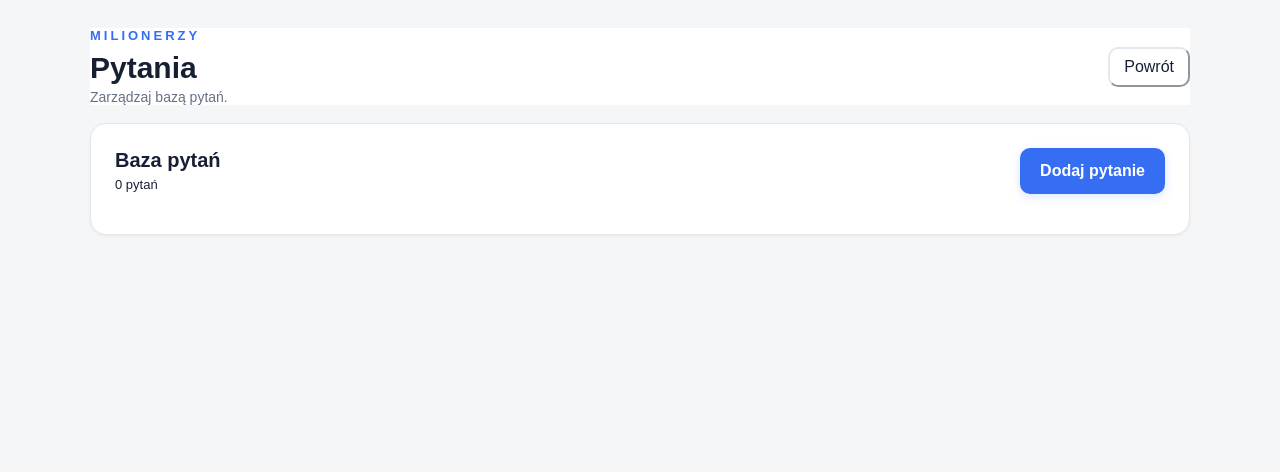
Repository: WaleonGames/HTGMilionerzy
Page: views/questions.html
These files come from the project's save history. The page is drawn as it stood at one moment and after the next save; the edit follows.
The browser window is 1280 px wide. The pictures show the whole page.

Above is the page before, as saved 2026-09-05 15:38:17.
Console error: TypeError: Cannot read properties of undefined (reading 'questions')

### views/questions.html
<!doctype html>
<html lang="pl">
<head>
  <meta charset="UTF-8">
  <meta name="viewport" content="width=device-width,initial-scale=1.0">

  <title>Milionerzy - Pytania</title>

  <link rel="stylesheet" href="../public/css/style.css">
  <link rel="stylesheet" href="../public/css/questions.css">
  <link rel="stylesheet" href="../public/css/design.css">
</head>
<body>
  <main class="questions-page">
    <header class="questions-header">
      <div>
        <span class="eyebrow">
          MILIONERZY
        </span>

        <h1>Pytania</h1>

        <p>
          Zarządzaj bazą pytań.
        </p>
      </div>

      <button
        id="backButton"
        class="back-button"
        type="button"
      >
        Powrót
      </button>
    </header>

    <section class="panel">
      <div class="list-header">
        <div>
          <h2>Baza pytań</h2>

          <span id="questionsCount">
            0 pytań
          </span>
        </div>

        <button
          id="addQuestionButton"
          class="primary-button"
          type="button"
        >
          Dodaj pytanie
        </button>
      </div>

      <div
        id="questionsList"
        class="questions-list"
      ></div>
    </section>
  </main>

  <div
    id="questionModal"
    class="modal-backdrop"
    hidden
  >
    <div
      class="modal"
      role="dialog"
      aria-modal="true"
      aria-labelledby="modalTitle"
    >
      <div class="modal-header">
        <div>
          <span class="eyebrow">
            PYTANIA
          </span>

          <h2 id="modalTitle">
            Dodaj pytanie
          </h2>
        </div>

        <button
          id="closeModalButton"
          class="modal-close"
          type="button"
          aria-label="Zamknij"
        >
          ×
        </button>
      </div>

      <form id="questionForm">
        <div class="field">
          <label for="questionInput">
            Treść pytania
          </label>

          <textarea
            id="questionInput"
            rows="4"
            placeholder="Wpisz treść pytania..."
            required
          ></textarea>
        </div>

        <div class="answers-grid">
          <label class="answer-field">
            <span>A</span>

            <input
              id="answerA"
              type="text"
              placeholder="Odpowiedź A"
              required
            >
          </label>

          <label class="answer-field">
            <span>B</span>

            <input
              id="answerB"
              type="text"
              placeholder="Odpowiedź B"
              required
            >
          </label>

          <label class="answer-field">
            <span>C</span>

            <input
              id="answerC"
              type="text"
              placeholder="Odpowiedź C"
              required
            >
          </label>

          <label class="answer-field">
            <span>D</span>

            <input
              id="answerD"
              type="text"
              placeholder="Odpowiedź D"
              required
            >
          </label>
        </div>

        <div class="field">
          <label for="correctAnswer">
            Poprawna odpowiedź
          </label>

          <select
            id="correctAnswer"
            required
          >
            <option value="">
              Wybierz...
            </option>

            <option value="A">
              A
            </option>

            <option value="B">
              B
            </option>

            <option value="C">
              C
            </option>

            <option value="D">
              D
            </option>
          </select>
        </div>

        <div class="modal-actions">
          <button
            id="cancelModalButton"
            class="secondary-button"
            type="button"
          >
            Anuluj
          </button>

          <button
            class="primary-button"
            type="submit"
          >
            Dodaj pytanie
          </button>
        </div>
      </form>
    </div>
  </div>

  <script src="../public/js/design.js"></script>
  <script src="../public/js/questions.js"></script>
</body>
</html>

### public/css/style.css
*{
  box-sizing:border-box;
  margin:0;
  padding:0;
}

html,
body{
  min-height:100%;
}

body{
  min-height:100vh;
  font-family:Arial,sans-serif;
  background:
    radial-gradient(circle at top,#171041 0,#090719 45%,#05040d 100%);
  color:#fff;
}

button,
input,
textarea,
select{
  font:inherit;
}

button{
  cursor:pointer;
}

.eyebrow{
  display:block;
  margin-bottom:8px;
  color:#9c8cff;
  font-size:13px;
  font-weight:700;
  letter-spacing:3px;
}

.main-menu{
  display:flex;
  flex-direction:column;
  justify-content:center;
  width:min(1000px,calc(100% - 40px));
  min-height:100vh;
  margin:0 auto;
  padding:40px 0;
}

.menu-header{
  margin-bottom:32px;
}

.menu-header h1{
  margin-bottom:8px;
  font-size:42px;
}

.menu-header p{
  color:#aaa4c5;
  font-size:17px;
}

.menu-grid{
  display:grid;
  grid-template-columns:1fr 1fr;
  gap:16px;
}

.menu-card{
  display:flex;
  flex-direction:column;
  align-items:flex-start;
  min-height:150px;
  padding:24px;
  border:1px solid #2c2751;
  border-radius:16px;
  background:#100d25;
  color:#fff;
  text-align:left;
  transition:
    transform .2s ease,
    border-color .2s ease,
    background .2s ease;
}

.menu-card:hover{
  transform:translateY(-2px);
  border-color:#6558a8;
  background:#171331;
}

.menu-card-primary{
  border-color:#5d4fd1;
  background:#251b65;
}

.menu-card-primary:hover{
  background:#30247c;
}

.menu-card-danger{
  border-color:#5a2730;
}

.menu-card-danger:hover{
  border-color:#a34050;
  background:#35151d;
}

.menu-card-title{
  margin-bottom:10px;
  font-size:22px;
  font-weight:700;
}

.menu-card-description{
  color:#aaa4c5;
  line-height:1.5;
}

.menu-card-primary .menu-card-description{
  color:#cbc5ff;
}

.panel{
  padding:24px;
  border:1px solid #29244d;
  border-radius:16px;
  background:#100d25;
}

.panel h2{
  margin-bottom:20px;
}

.field{
  display:flex;
  flex-direction:column;
  gap:8px;
  margin-bottom:18px;
}

.field label{
  color:#cbc7e5;
  font-size:14px;
  font-weight:700;
}

input,
textarea,
select{
  width:100%;
  padding:13px 14px;
  border:1px solid #37305f;
  border-radius:9px;
  outline:none;
  background:#0a081a;
  color:#fff;
}

input:focus,
textarea:focus,
select:focus{
  border-color:#705cff;
}

textarea{
  resize:vertical;
}

.primary-button{
  min-height:46px;
  padding:0 20px;
  border:0;
  border-radius:9px;
  background:#5b45e0;
  color:#fff;
  font-weight:700;
}

.primary-button:hover{
  background:#6c55ef;
}

@media(max-width:700px){
  .main-menu{
    width:calc(100% - 24px);
    padding:24px 0;
  }

  .menu-header h1{
    font-size:34px;
  }

  .menu-grid{
    grid-template-columns:1fr;
  }
}

### public/css/questions.css
.questions-page{
  width:min(1100px,calc(100% - 32px));
  margin:0 auto;
  padding:28px 0;
}

.questions-header{
  display:flex;
  align-items:center;
  justify-content:space-between;
  gap:16px;
  margin-bottom:18px;
}

.questions-header h1{
  margin:4px 0;
  font-size:30px;
}

.questions-header p{
  font-size:14px;
}

.back-button,
.secondary-button{
  min-height:40px;
  padding:0 14px;
}

.list-header{
  display:flex;
  align-items:center;
  justify-content:space-between;
  gap:16px;
  margin-bottom:16px;
}

.list-header h2{
  margin-bottom:3px;
  font-size:20px;
}

.list-header span{
  font-size:13px;
}

.questions-list{
  display:flex;
  flex-direction:column;
  gap:9px;
}

.question-card{
  padding:14px;
  border:1px solid;
  border-radius:10px;
}

.question-card-header{
  display:flex;
  align-items:flex-start;
  justify-content:space-between;
  gap:12px;
  margin-bottom:10px;
}

.question-card h3{
  font-size:15px;
  line-height:1.4;
}

.delete-button{
  flex:0 0 auto;
  min-height:32px;
  padding:0 10px;
  font-size:13px;
}

.question-answers{
  display:grid;
  grid-template-columns:1fr 1fr;
  gap:6px;
}

.question-answer{
  padding:8px 10px;
  border-radius:7px;
  font-size:14px;
}

.question-answer strong{
  margin-right:4px;
}

.empty-state{
  padding:28px 16px;
  border:1px dashed;
  border-radius:10px;
  text-align:center;
  font-size:14px;
}

.modal-backdrop{
  position:fixed;
  inset:0;
  z-index:1000;
  display:flex;
  align-items:center;
  justify-content:center;
  padding:16px;
}

.modal-backdrop[hidden]{
  display:none;
}

.modal{
  width:min(580px,100%);
  max-height:calc(100vh - 32px);
  overflow:auto;
  padding:18px;
  border:1px solid;
  border-radius:13px;
}

.modal-header{
  display:flex;
  align-items:flex-start;
  justify-content:space-between;
  gap:16px;
  margin-bottom:18px;
}

.modal-header h2{
  margin-top:3px;
  font-size:22px;
}

.modal-close{
  display:flex;
  align-items:center;
  justify-content:center;
  width:36px;
  height:36px;
  font-size:22px;
}

.answers-grid{
  display:grid;
  grid-template-columns:1fr 1fr;
  gap:9px;
  margin-bottom:14px;
}

.answer-field{
  display:flex;
  align-items:center;
  overflow:hidden;
  min-height:40px;
  border:1px solid;
  border-radius:8px;
}

.answer-field span{
  display:flex;
  align-items:center;
  justify-content:center;
  align-self:stretch;
  width:40px;
  font-size:13px;
  font-weight:700;
}

.answer-field input{
  min-height:40px;
  border:0;
  border-radius:0;
  font-size:14px;
}

.modal-actions{
  display:flex;
  justify-content:flex-end;
  gap:9px;
  margin-top:18px;
}

@media(max-width:700px){
  .questions-page{
    width:calc(100% - 20px);
    padding:18px 0;
  }

  .questions-header,
  .list-header{
    align-items:flex-start;
    flex-direction:column;
  }

  .questions-header h1{
    font-size:26px;
  }

  .answers-grid,
  .question-answers{
    grid-template-columns:1fr;
  }

  .list-header .primary-button{
    width:100%;
  }

  .modal{
    padding:14px;
  }

  .modal-actions{
    flex-direction:column-reverse;
  }

  .modal-actions button{
    width:100%;
  }
}

### public/css/design.css
:root{
  --design-bg:#f5f6f8;

  --design-surface:#ffffff;
  --design-surface-soft:#f8fafc;
  --design-surface-hover:#f3f5f7;
  --design-surface-active:#eef4ff;

  --design-text:#172033;
  --design-text-soft:#344054;
  --design-muted:#667085;
  --design-placeholder:#98a2b3;

  --design-border:#e4e7ec;
  --design-border-strong:#d0d5dd;

  --design-primary:#356df3;
  --design-primary-hover:#285bd4;
  --design-primary-light:#eaf0ff;

  --design-danger:#b42318;
  --design-danger-hover:#912018;
  --design-danger-light:#fef3f2;
  --design-danger-border:#fecdca;

  --design-success:#067647;
  --design-success-light:#ecfdf3;

  --design-warning:#b54708;
  --design-warning-light:#fffaeb;

  --design-radius-sm:8px;
  --design-radius-md:10px;
  --design-radius-lg:14px;
  --design-radius-xl:18px;

  --design-shadow-sm:0 1px 3px rgba(16,24,40,.06);
  --design-shadow-md:0 8px 24px rgba(16,24,40,.08);
  --design-shadow-lg:0 16px 40px rgba(16,24,40,.12);
}

/* =========================
   RESET / GLOBAL
========================= */

html{
  background:var(--design-bg) !important;
}

body{
  background:var(--design-bg) !important;
  color:var(--design-text) !important;
}

body,
button,
input,
select,
textarea{
  font-family:Arial,sans-serif !important;
}

button,
input,
select,
textarea{
  font-size:inherit;
}

button{
  cursor:pointer;
}

a{
  color:inherit;
}

/* =========================
   PAGE BACKGROUNDS
========================= */

.main-menu,
.questions-page,
.settings-layout,
.settings-content{
  background:var(--design-bg) !important;
}

/* =========================
   WHITE SURFACES
========================= */

header,
.header,
.topbar,
.menu-header,
.questions-header,
.sidebar,
.settings-sidebar,
.panel,
.card,
.modal,
.modal-content,
.settings-card,
.question-card{
  background:var(--design-surface) !important;
  color:var(--design-text) !important;
}

/* =========================
   HEADERS
========================= */

.menu-header,
.questions-header,
.topbar{
  border-color:var(--design-border) !important;
}

h1,
h2,
h3,
h4,
h5,
h6{
  color:var(--design-text) !important;
}

p,
.description,
.subtitle,
.muted,
small{
  color:var(--design-muted) !important;
}

.eyebrow{
  color:var(--design-primary) !important;
}

/* =========================
   PANELS / CARDS
========================= */

.panel,
.card,
.settings-card,
.question-card{
  background:#fff !important;
  border-color:var(--design-border) !important;
  box-shadow:var(--design-shadow-sm) !important;
}

.card:hover,
.question-card:hover{
  border-color:var(--design-border-strong) !important;
}

/* =========================
   MAIN MENU CARDS
========================= */

.menu-card{
  background:#fff !important;
  color:var(--design-text) !important;

  border:1px solid var(--design-border) !important;

  border-radius:var(--design-radius-lg) !important;

  box-shadow:var(--design-shadow-sm) !important;
}

.menu-card:hover{
  background:var(--design-surface-hover) !important;
  border-color:var(--design-border-strong) !important;
}

.menu-card-title{
  color:var(--design-text) !important;
}

.menu-card-description{
  color:var(--design-muted) !important;
}

/* =========================
   PRIMARY MENU CARD
========================= */

.menu-card-primary{
  background:var(--design-primary) !important;
  border-color:var(--design-primary) !important;

  color:#fff !important;
}

.menu-card-primary:hover{
  background:var(--design-primary-hover) !important;
  border-color:var(--design-primary-hover) !important;
}

.menu-card-primary .menu-card-title,
.menu-card-primary .menu-card-description{
  color:#fff !important;
}

.menu-card-primary .menu-card-description{
  opacity:.82;
}

/* =========================
   DANGER MENU CARD
========================= */

.menu-card-danger{
  background:#fff !important;

  border-color:var(--design-danger-border) !important;

  color:var(--design-danger) !important;
}

.menu-card-danger:hover{
  background:var(--design-danger-light) !important;
}

.menu-card-danger .menu-card-title{
  color:var(--design-danger) !important;
}

.menu-card-danger .menu-card-description{
  color:#b5473e !important;
}

/* =========================
   INPUTS
========================= */

input,
select,
textarea{
  background:#fff !important;

  color:var(--design-text) !important;

  border:1px solid var(--design-border-strong) !important;

  border-radius:var(--design-radius-md) !important;

  outline:none !important;
}

input::placeholder,
textarea::placeholder{
  color:var(--design-placeholder) !important;
}

input:hover,
select:hover,
textarea:hover{
  border-color:#b8c0cc !important;
}

input:focus,
select:focus,
textarea:focus{
  border-color:var(--design-primary) !important;

  box-shadow:
    0 0 0 3px rgba(53,109,243,.12) !important;

  outline:none !important;
}

select{
  background-color:#fff !important;
}

/* =========================
   TEXTAREA
========================= */

textarea{
  resize:vertical;
}

/* =========================
   NORMAL BUTTON
========================= */

button{
  border-radius:var(--design-radius-md) !important;
}

button:not(
  .button-primary
):not(
  .primary-button
):not(
  .primary
):not(
  .menu-card
):not(
  .danger
):not(
  .delete-button
):not(
  .menu-card-danger
){
  background:#fff !important;

  color:var(--design-text) !important;

  border-color:var(--design-border) !important;
}

button:not(
  .button-primary
):not(
  .primary-button
):not(
  .primary
):not(
  .menu-card
):not(
  .danger
):not(
  .delete-button
):not(
  .menu-card-danger
):hover{
  background:var(--design-surface-hover) !important;

  border-color:var(--design-border-strong) !important;
}

/* =========================
   PRIMARY BUTTONS
========================= */

.button-primary,
.primary-button,
.primary,
[data-primary]{
  background:var(--design-primary) !important;

  color:#fff !important;

  border-color:var(--design-primary) !important;

  box-shadow:
    0 3px 10px rgba(53,109,243,.18) !important;
}

.button-primary:hover,
.primary-button:hover,
.primary:hover,
[data-primary]:hover{
  background:var(--design-primary-hover) !important;

  border-color:var(--design-primary-hover) !important;
}

/* =========================
   SECONDARY BUTTONS
========================= */

.button-secondary,
.secondary-button,
.back-button,
.icon-button,
.modal-close{
  background:#fff !important;

  color:var(--design-text-soft) !important;

  border-color:var(--design-border) !important;
}

.button-secondary:hover,
.secondary-button:hover,
.back-button:hover,
.icon-button:hover,
.modal-close:hover{
  background:var(--design-surface-hover) !important;

  border-color:var(--design-border-strong) !important;
}

/* =========================
   DANGER BUTTONS
========================= */

.delete-button,
.danger{
  background:var(--design-danger-light) !important;

  color:var(--design-danger) !important;

  border-color:var(--design-danger-border) !important;
}

.delete-button:hover,
.danger:hover{
  background:#fee4e2 !important;

  color:var(--design-danger-hover) !important;

  border-color:#fda29b !important;
}

/* =========================
   BUTTON DISABLED
========================= */

button:disabled{
  opacity:.55 !important;
  cursor:not-allowed !important;
}

/* =========================
   SIDEBAR
========================= */

.sidebar,
.settings-sidebar{
  background:#fff !important;

  border-color:var(--design-border) !important;
}

.sidebar a,
.sidebar button,
.settings-tab{
  color:var(--design-text-soft) !important;
}

.sidebar a:hover,
.sidebar button:hover,
.settings-tab:hover{
  background:var(--design-surface-hover) !important;

  color:var(--design-text) !important;
}

.sidebar .active,
.sidebar a.active,
.sidebar button.active,
.settings-tab.active{
  background:var(--design-primary-light) !important;

  color:var(--design-primary) !important;
}

.settings-tab.active::before{
  background:var(--design-primary) !important;
}

/* =========================
   QUESTIONS
========================= */

.questions-list{
  background:transparent !important;
}

.question-card{
  background:#fff !important;

  border:1px solid var(--design-border) !important;

  border-radius:var(--design-radius-lg) !important;
}

.question-card-header{
  border-color:var(--design-border) !important;
}

.question-answer{
  background:var(--design-surface-soft) !important;

  color:var(--design-text-soft) !important;

  border-color:var(--design-border) !important;
}

.question-answer.correct{
  background:var(--design-success-light) !important;

  color:var(--design-success) !important;

  border-color:#abefc6 !important;
}

.empty-state{
  background:#fff !important;

  color:var(--design-muted) !important;

  border-color:var(--design-border) !important;
}

/* =========================
   ANSWER INPUTS
========================= */

.answer-field{
  background:var(--design-surface-soft) !important;

  border-color:var(--design-border) !important;
}

.answer-field>span{
  color:var(--design-primary) !important;
}

/* =========================
   MODAL BACKDROP
========================= */

.modal-backdrop,
.modal-overlay{
  background:rgba(15,23,42,.46) !important;

  backdrop-filter:blur(2px);
}

/* =========================
   MODAL
========================= */

.modal,
.modal-content{
  background:#fff !important;

  color:var(--design-text) !important;

  border-color:var(--design-border) !important;

  box-shadow:var(--design-shadow-lg) !important;
}

.modal-header{
  background:#fff !important;

  border-color:var(--design-border) !important;
}

.modal-actions{
  border-color:var(--design-border) !important;
}

/* =========================
   SETTINGS
========================= */

.settings-card{
  background:#fff !important;
}

.switch-row{
  background:var(--design-surface-soft) !important;

  border-color:var(--design-border) !important;
}

.switch-row:hover{
  background:var(--design-surface-hover) !important;

  border-color:var(--design-border-strong) !important;
}

/* =========================
   SETTINGS SWITCH
========================= */

.switch-row input[type="checkbox"]{
  border:0 !important;

  background:#cbd5e1 !important;

  box-shadow:none !important;
}

.switch-row input[type="checkbox"]:checked{
  background:var(--design-primary) !important;
}

/* =========================
   PRIZE TREE
========================= */

.prize-level{
  background:var(--design-surface-soft) !important;

  border-color:var(--design-border) !important;
}

.prize-level:hover{
  border-color:var(--design-border-strong) !important;
}

.prize-level-number{
  color:var(--design-text-soft) !important;
}

/* =========================
   CHECKBOX / RADIO
========================= */

input[type="checkbox"],
input[type="radio"]{
  accent-color:var(--design-primary) !important;
}

/* =========================
   RANGE
========================= */

input[type="range"]{
  accent-color:var(--design-primary) !important;
}

/* =========================
   COLOR INPUT
========================= */

input[type="color"]{
  background:#fff !important;

  border-color:var(--design-border-strong) !important;
}

/* =========================
   TABLE
========================= */

table{
  background:#fff !important;

  color:var(--design-text) !important;

  border-color:var(--design-border) !important;
}

thead{
  background:var(--design-surface-soft) !important;
}

th{
  color:var(--design-text-soft) !important;
}

th,
td{
  border-color:var(--design-border) !important;
}

tbody tr:hover td{
  background:#fafbfc !important;
}

/* =========================
   STATUS MESSAGE
========================= */

.status-message{
  background:var(--design-text) !important;

  color:#fff !important;

  box-shadow:var(--design-shadow-md) !important;
}

/* =========================
   SCROLLBAR
========================= */

*{
  scrollbar-color:#cbd5e1 transparent;
}

*::-webkit-scrollbar{
  width:9px;
  height:9px;
}

*::-webkit-scrollbar-track{
  background:transparent;
}

*::-webkit-scrollbar-thumb{
  background:#cbd5e1;

  border-radius:999px;
}

*::-webkit-scrollbar-thumb:hover{
  background:#aeb8c5;
}

/* =========================
   SELECTION
========================= */

::selection{
  background:#dbe7ff !important;

  color:var(--design-text) !important;
}

/* =========================
   DESIGN MARKER
========================= */

html[data-design="white"]{
  color-scheme:light !important;
}

body.design-loaded{
  visibility:visible !important;
}

### public/js/design.js
document.addEventListener("DOMContentLoaded",()=>{
  initializeDesign();
});

function initializeDesign(){
  document.documentElement.dataset.design="white";
  document.body.classList.add("design-loaded");

  normalizeButtons();
  normalizeInputs();
  normalizeCards();
  normalizeModals();
}

function normalizeButtons(){
  document.querySelectorAll("button").forEach(button=>{
    if(
      button.classList.contains("button-primary")||
      button.classList.contains("primary")||
      button.classList.contains("delete-button")||
      button.classList.contains("danger")
    ){
      return;
    }

    button.classList.add("design-button");
  });
}

function normalizeInputs(){
  document.querySelectorAll(
    "input,select,textarea"
  ).forEach(input=>{
    input.classList.add("design-input");
  });
}

function normalizeCards(){
  document.querySelectorAll(
    ".card,.panel,.settings-card,.question-card"
  ).forEach(card=>{
    card.classList.add("design-surface");
  });
}

function normalizeModals(){
  document.querySelectorAll(
    ".modal,.modal-content"
  ).forEach(modal=>{
    modal.classList.add("design-modal");
  });
}

Loaded but not shown: public/js/questions.js (220 lines, source omitted)

After the next save:
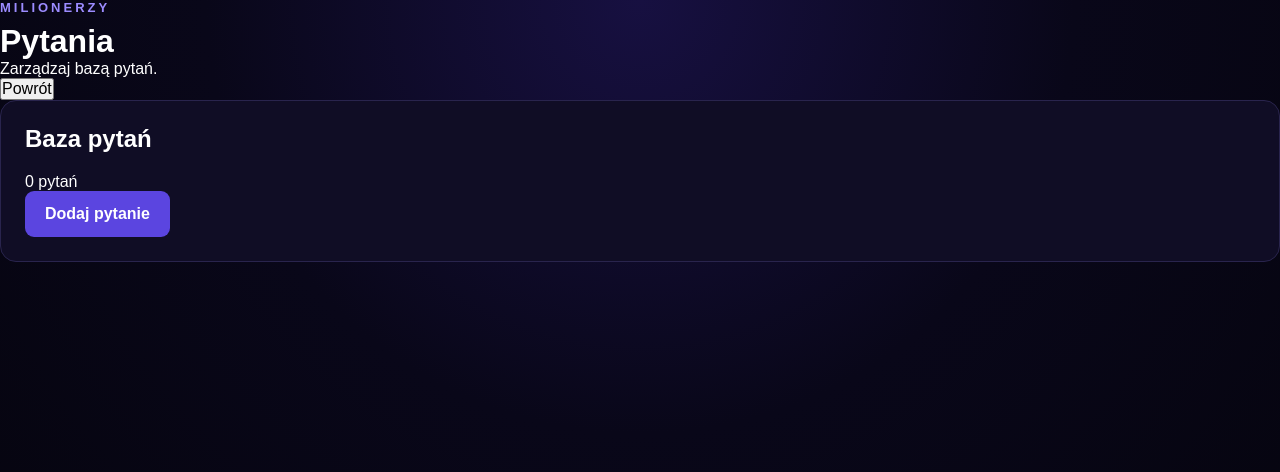
Saved 64 s later.
--- a/views/questions.html
+++ b/views/questions.html
@@ -7,8 +7,6 @@
   <title>Milionerzy - Pytania</title>
 
   <link rel="stylesheet" href="../public/css/style.css">
-  <link rel="stylesheet" href="../public/css/questions.css">
-  <link rel="stylesheet" href="../public/css/design.css">
 </head>
 <body>
   <main class="questions-page">

After the 2 saves that followed:
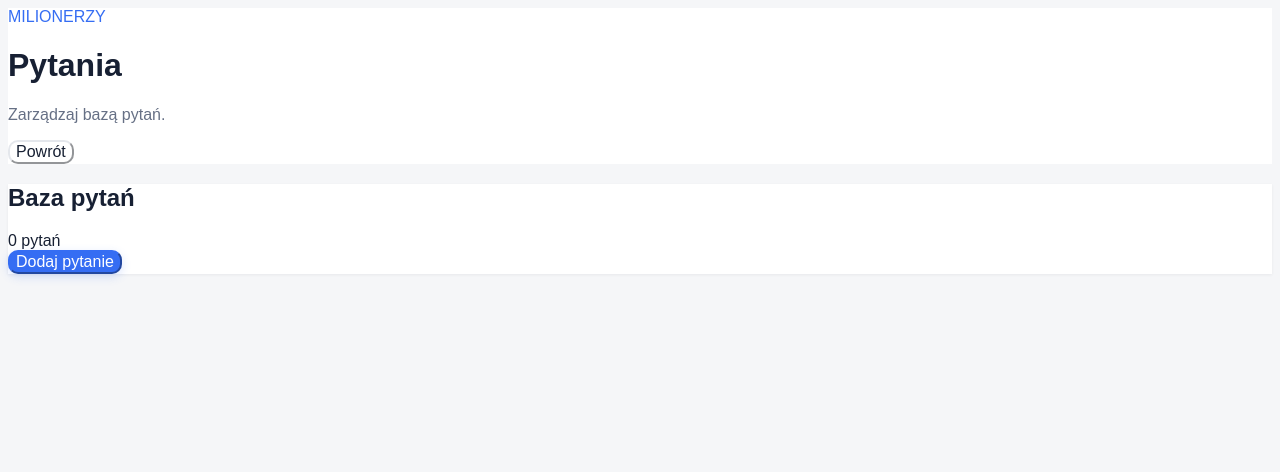
The 2 saves are shown as one change because they came seconds apart.
The last was saved 8 s later.
--- a/views/questions.html
+++ b/views/questions.html
@@ -6,7 +6,7 @@
 
   <title>Milionerzy - Pytania</title>
 
-  <link rel="stylesheet" href="../public/css/style.css">
+  <link rel="stylesheet" href="../public/css/design.css">
 </head>
 <body>
   <main class="questions-page">
